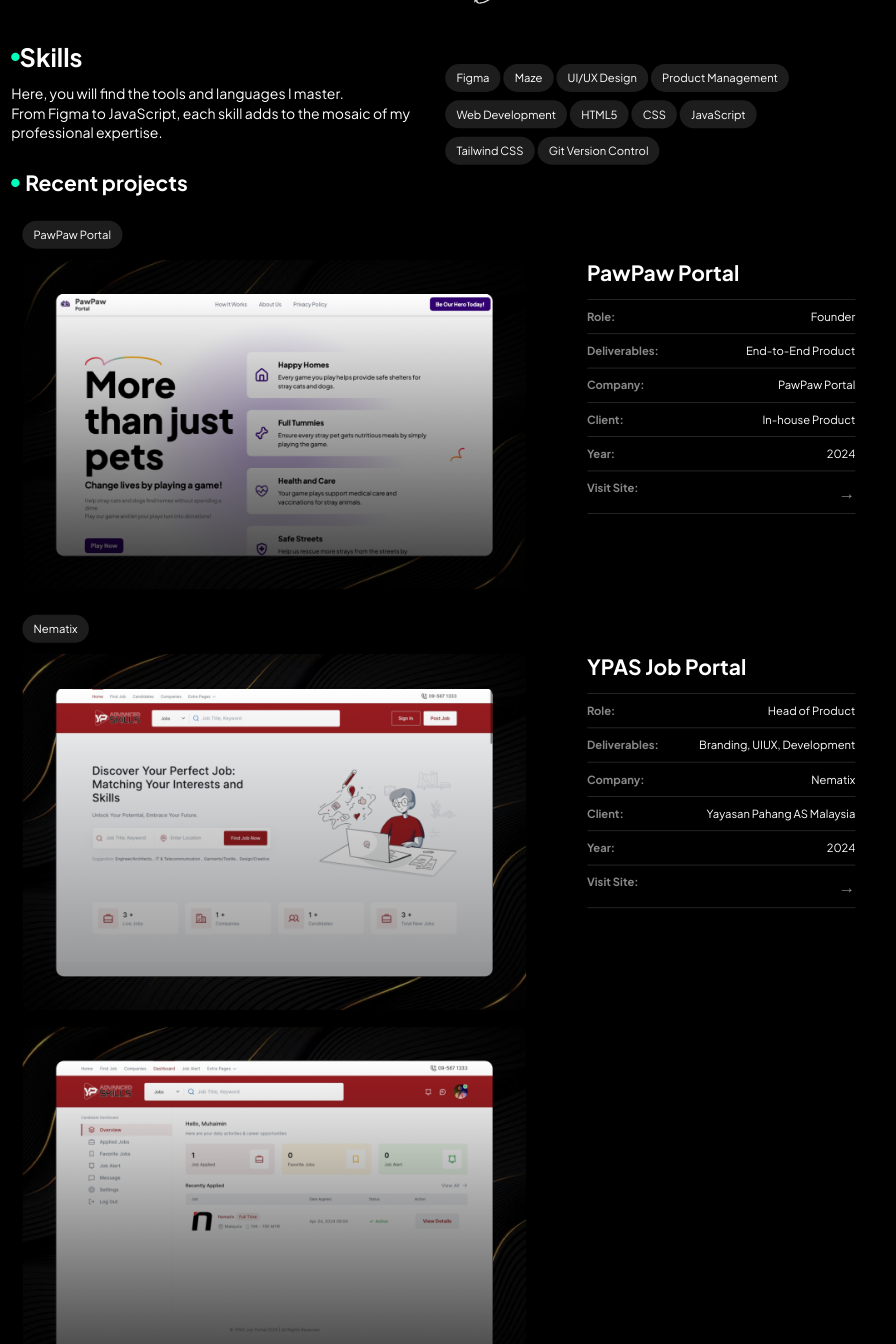
Repository: paskasiregar/paskafolio_v6
Page: /
An editor plug-in stored every save of this project. The page is shown before and after the next save, followed by the edit.
The browser window is 1280 px wide. The pictures show the part of the page from y = 1206 to 3126 px (the page is 7069 px tall before and 7093 px after), at 70% of full size.
The project was rebuilt for these pictures with package versions that can differ from the ones it lists, and the page was loaded fresh each time. The framework's server and built-in components were replaced by stand-ins that run in the browser. Also part of the build but not shown: next.config.mjs.

Above is the page before, as saved 2024-09-06 21:32:50.

After the next save:
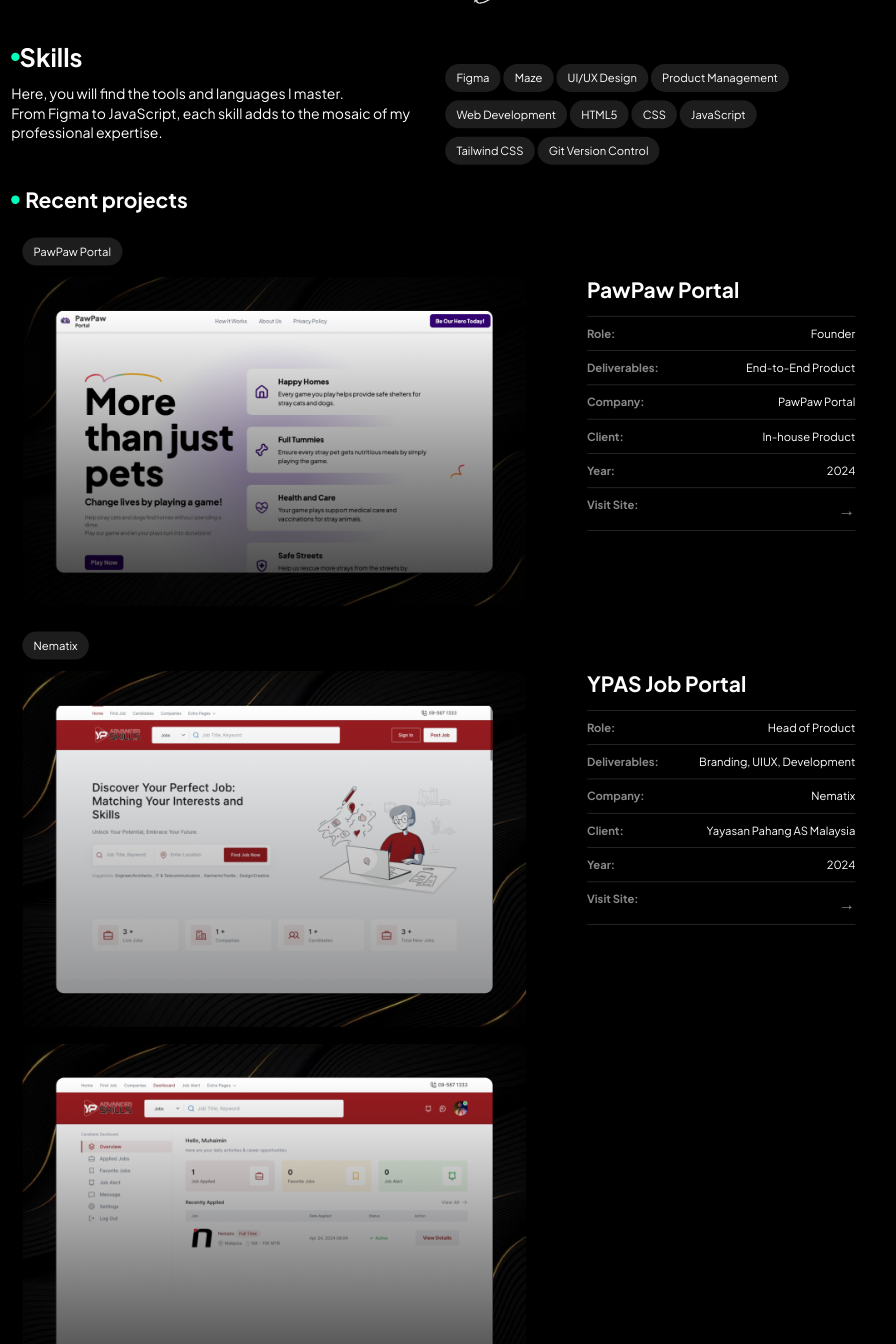
Saved 18 s later.
--- a/src/app/components/skills.jsx
+++ b/src/app/components/skills.jsx
@@ -72,7 +72,7 @@
           animate="visible"
           className="motivation-right"
         >
-          <div className="skills-right mt-6 flex flex-wrap justify-center md:justify-start">
+          <div className="skills-right my-6 flex flex-wrap justify-center md:justify-start">
             {skills.map((skill, index) => (
               <motion.div key={index} variants={chipVariants} className="mb-2">
                 <Chip label={skill} />
